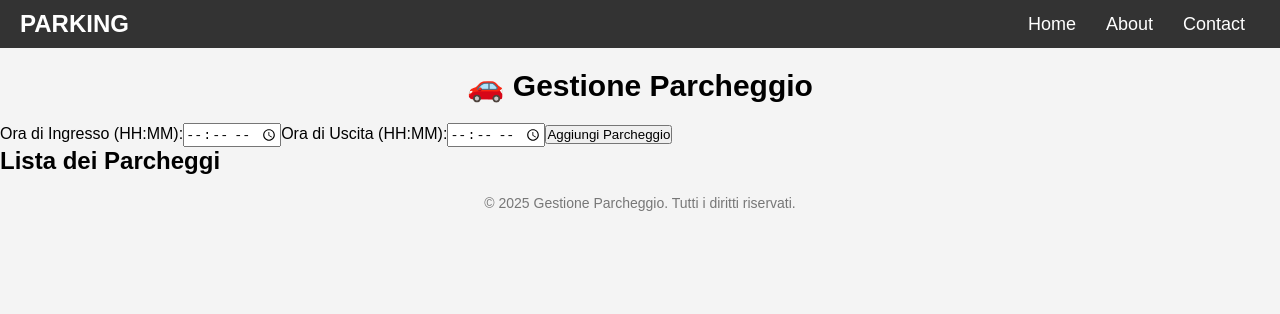
Repository: Probyte5D/ParcheggioApp
Page: / (app in frontend/)
An editor plug-in stored every save of this project. The page is shown before and after the next save, followed by the edit.
The browser window is 1280 px wide. The pictures show the whole page.
The page's requests for data from a server got no answer. The project was rebuilt for these pictures with package versions that can differ from the ones it lists, and the page was loaded fresh each time. No one was signed in, and anything a server would have sent is missing. Also part of the build but not shown: frontend/src/components/Header.css, frontend/src/components/ParkingForm.css, frontend/src/components/Footer.css.

Above is the page before, as saved 2025-04-28 19:34:18.

After the next save:
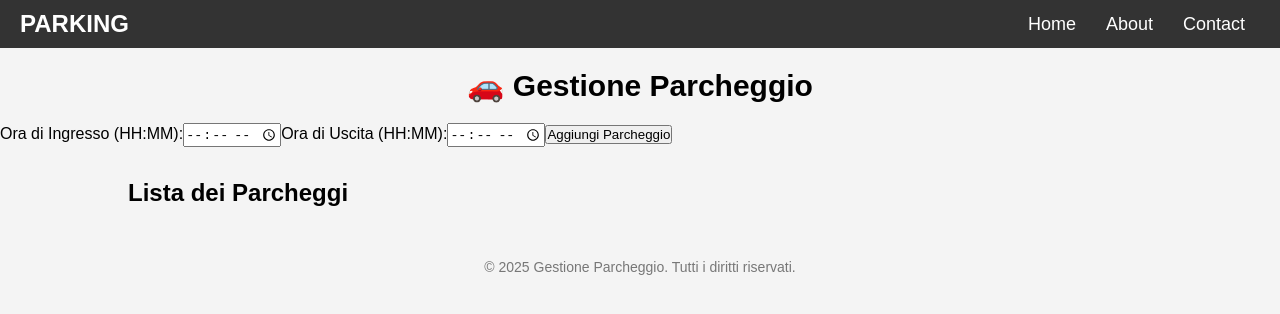
Saved 67 s later.
--- a/frontend/src/App.js
+++ b/frontend/src/App.js
@@ -6,6 +6,10 @@ import ParkingList from './components/ParkingList';
 import Footer from './components/Footer';
 import './App.css';
 import axios from 'axios';
+import './components/Navbar.css';  // Stili Navbar
+import './components/ParkingForm.css'; // Stili Form
+import './components/ParkingList.css'; // Stili Lista Parcheggi
+import './components/Footer.css';  // Stili Footer
 
 function App() {
   const [parcheggi, setParcheggi] = useState([]);
